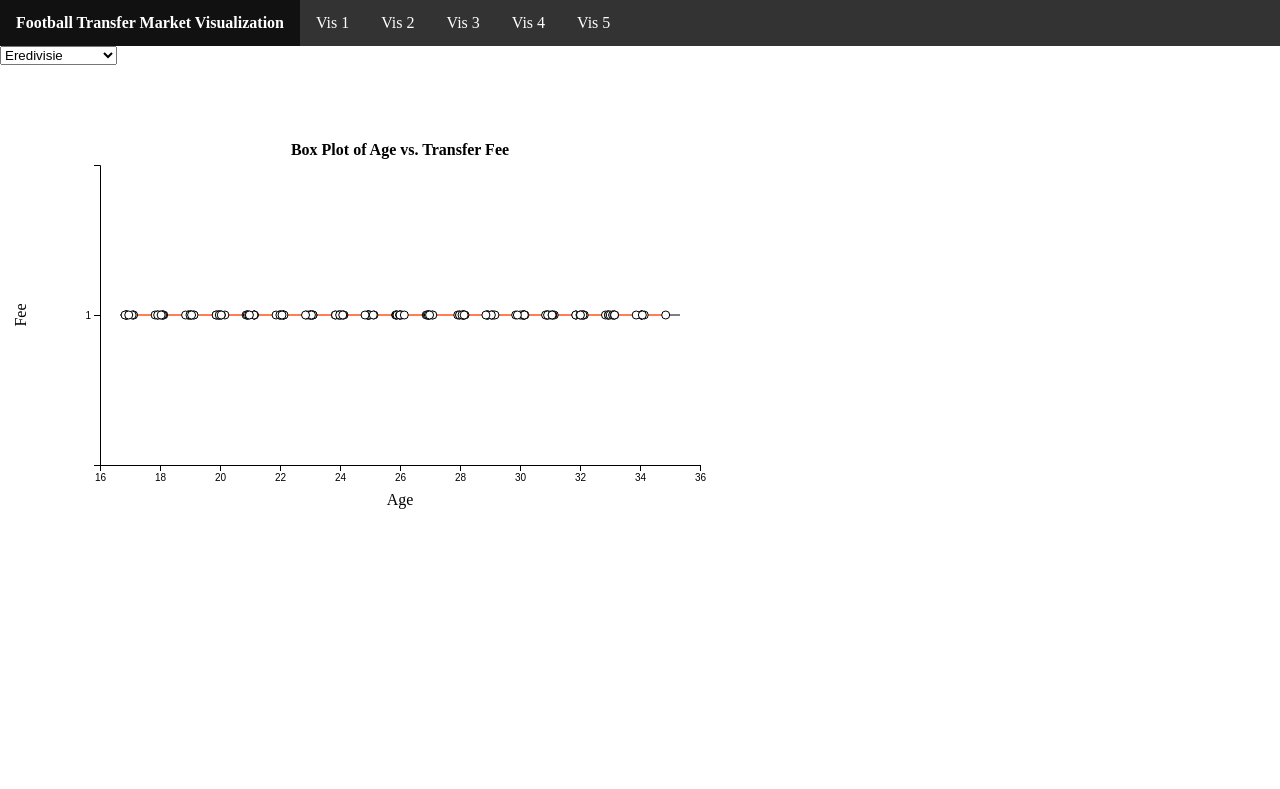
Repository: cedricshan/Football-Transfer-Market-Visualization
Page: dashboard/BoxPlot.html
An editor plug-in stored every save of this project. The page is shown before and after a run of saves, followed by the edit.
The browser window is 1280 px wide. The pictures show the whole page.

Above is the page before, as saved 2023-10-18 22:11:00.

After the next 3 saves:
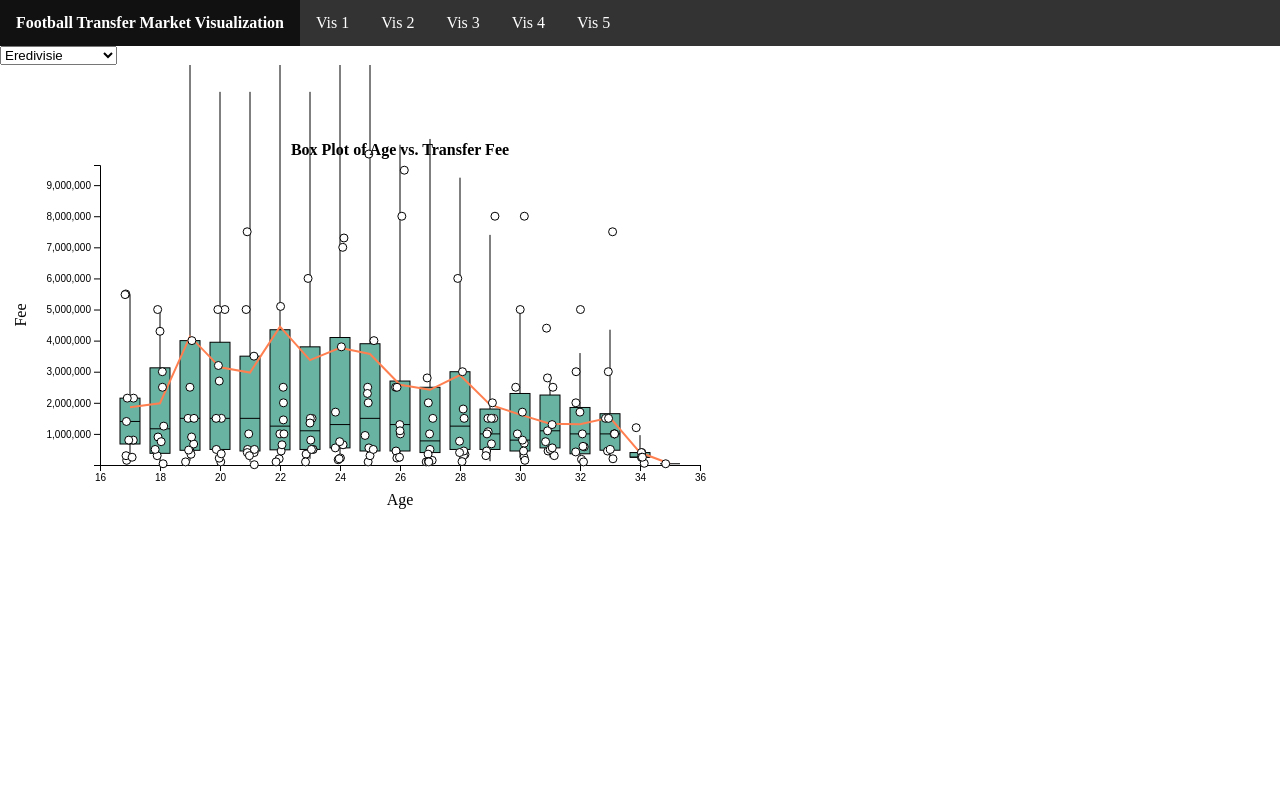
The 3 saves are shown as one change because they came seconds apart.
The last was saved 34 s later.
--- a/dashboard/BoxPlot.js
+++ b/dashboard/BoxPlot.js
@@ -86,7 +86,7 @@ function loadAndVisualizeData(filename) {
             .range([0, width]);
 
         const y = d3.scaleLinear()
-            .domain([d3.min(processedData, d => d.Fee), d3.min(processedData, d => d.Fee)])
+            .domain([d3.min(processedData, d => d.Fee), d3.mean(processedData, d => d.Fee)*3])
             .range([height, 0]);
 
 
